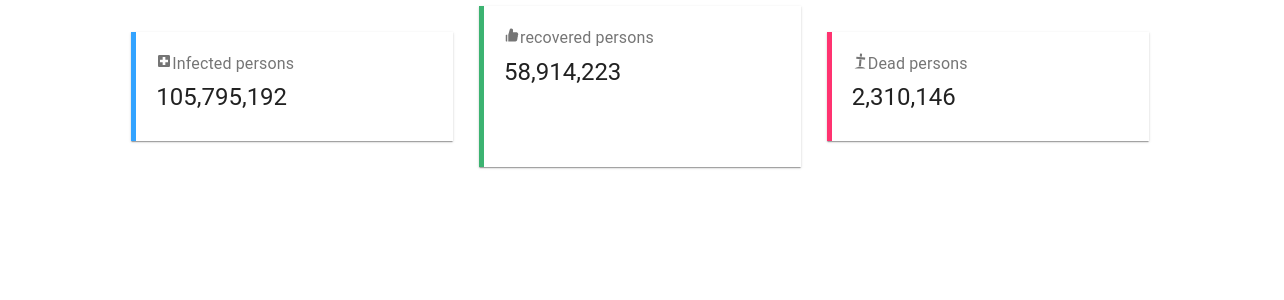
Repository: ShunsukeTanizaki/covid_dashboard
Page: /
The author's editor kept a copy of each file at every save. The page is drawn from the files as they stood at one save, then again after the next save.
The browser window is 1280 px wide. The page is 1284 px wide, so the pictures cover 1284 px, including what lies to the right of the window. The pictures show the whole page.
The project was rebuilt for these pictures with package versions that can differ from the ones it lists, and the page was loaded fresh each time. Also part of the build but not shown: src/App.css.

Above is the page before, as saved 2021-02-07 19:56:10.

### src/App.tsx
import React from 'react';
import logo from './logo.svg';
import { Counter } from './features/counter/Counter';
import './App.css';
import Cards from './features/covid/Cards/Cards';

function App() {
    return (
        <div className="App">
            <header className="App-header">
            <Cards />
            </header>
        </div>
    );
}

export default App;

### src/app/store.ts
import { configureStore, ThunkAction, Action } from '@reduxjs/toolkit';
import counterReducer from '../features/counter/counterSlice';
import covidReducer from '../features/covid/covidSlice';

export const store = configureStore({
  reducer: {
    counter: counterReducer,
    covid: covidReducer,
  },
});

export type RootState = ReturnType<typeof store.getState>;
export type AppThunk<ReturnType = void> = ThunkAction<
  ReturnType,
  RootState,
  unknown,
  Action<string>
>;

### src/features/covid/Cards/Cards.tsx
import React from 'react';
import styles from './Cards.module.css';
import CountUp from 'react-countup';
import { Card, CardContent, Typography, Grid } from "@material-ui/core";

import { GiHastyGrave } from "react-icons/gi";
import { MdLocalHospital } from "react-icons/md";
import { AiFillLike } from "react-icons/ai";

import { useSelector } from 'react-redux';
import { selectData } from '../covidSlice';

const Cards: React.FC = () => {
    const data = useSelector(selectData)
    return (
        <div className={styles.container}>
            <Grid container spacing={1} justify="center">
                <Grid item xs={12} md={3} component={Card} className={styles.infected}>
                    <CardContent>
                        <Typography color="textSecondary" gutterBottom>
                            <MdLocalHospital />
                            Infected persons
                        </Typography>
                        <Typography variant="h5">
                            <CountUp
                                start={0}
                                end={data.confirmed.value}
                                duration={1.5}
                                separator=","
                            />
                        </Typography>
                    </CardContent>
                </Grid>
                <Grid item xs={12} md={3} component={Card} className={styles.recovered}>
                    <CardContent>
                        <Typography color="textSecondary" gutterBottom>
                            <AiFillLike />
                            recovered persons
                        </Typography>
                        <Typography variant="h5">
                            <CountUp
                                start={0}
                                end={data.recovered.value}
                                duration={1.5}
                                separator=","
                            />
                        </Typography>
                    </CardContent>
                </Grid>
                <Grid item xs={12} md={3} component={Card} className={styles.deaths}>
                    <CardContent>
                        <Typography color="textSecondary" gutterBottom>
                            <GiHastyGrave />
                            Dead persons
                        </Typography>
                        <Typography variant="h5">
                            <CountUp
                                start={0}
                                end={data.deaths.value}
                                duration={1.5}
                                separator=","
                            />
                        </Typography>
                    </CardContent>
                </Grid>
            </Grid>
        </div>
    );
}

export default Cards;

### src/features/covid/covidSlice.ts
import { createSlice, createAsyncThunk, bindActionCreators } from "@reduxjs/toolkit";
import axios from 'axios';

import { RootState } from '../../app/store';
import dataJson from './data.json';
import dataJsonDaily  from './dataDaily.json';

const apiUrl = "https://covid19.mathdro.id/api"

type APIDATA = typeof dataJson;
type APIDATADAILY = typeof dataJsonDaily;

type covidState = {
    data: APIDATA;
    country: string;
    dailyData: APIDATADAILY;
}
const initialState: covidState = {
    data: {
        "confirmed": {
            "value": 105795192,
            "detail": "https://covid19.mathdro.id/api/confirmed"
        },
        "recovered": {
            "value": 58914223,
            "detail": "https://covid19.mathdro.id/api/recovered"
        },
        "deaths": {
            "value": 2310146,
            "detail": "https://covid19.mathdro.id/api/deaths"
        },
        "dailySummary": "https://covid19.mathdro.id/api/daily",
        "dailyTimeSeries": {
            "pattern": "https://covid19.mathdro.id/api/daily/[dateString]",
            "example": "https://covid19.mathdro.id/api/daily/2-14-2020"
        },
        "image": "https://covid19.mathdro.id/api/og",
        "source": "https://github.com/mathdroid/covid19",
        "countries": "https://covid19.mathdro.id/api/countries",
        "countryDetail": {
            "pattern": "https://covid19.mathdro.id/api/countries/[country]",
            "example": "https://covid19.mathdro.id/api/countries/USA"
        },
        "lastUpdate": "2021-02-07T08:22:44.000Z"
    },
    country: "country",
    dailyData:[
        {
        "totalConfirmed": 557,
        "mainlandChina": 548,
        "otherLocations": 9,
        "deltaConfirmed": 0,
        "totalRecovered": 0,
        "confirmed": {
        "total": 557,
        "china": 548,
        "outsideChina": 9
        },
        "deltaConfirmedDetail": {
        "total": 0,
        "china": 0,
        "outsideChina": 0
        },
        "deaths": {
        "total": 17,
        "china": 17,
        "outsideChina": 0
        },
        "recovered": {
        "total": 0,
        "china": 0,
        "outsideChina": 0
        },
        "active": 0,
        "deltaRecovered": 0,
        "incidentRate": 0.4510818002025252,
        "peopleTested": 0,
        "reportDate": "2020-01-22"
        }
    ]
}

export const fetchAsyncGet = createAsyncThunk("covid/get", async () => {
    const { data } = await axios.get<APIDATA>(apiUrl)
    return data
})

export const fetchAsyncGetDaily = createAsyncThunk("covid/getDaily", async () => {
    const { data } = await axios.get<APIDATADAILY>(`${apiUrl}/daily`)
    return data
})

export const fetchAsyncGetCountry = createAsyncThunk("covid/getCountry",
    async (country: string) => {
    let dynamicUrl = apiUrl
    if (country) {
        dynamicUrl = `${apiUrl}/countries/${country}`
    }
    const { data } = await axios.get<APIDATA>(dynamicUrl)
    return {data: data, country: country}
})



const covidSlice = createSlice({
    name: "covid",
    initialState: initialState,
    reducers: {},
    extraReducers: (builder) => {
        builder.addCase(fetchAsyncGet.fulfilled, ( state, action ) => {
            return {
                ...state,
                data: action.payload,
            }
        })
        builder.addCase(fetchAsyncGetDaily.fulfilled, (state, action) => {
            return {
                ...state,
                dailyData: action.payload,
            }
        })
        builder.addCase(fetchAsyncGetCountry.fulfilled, (state, action) => {
            return {
                ...state,
                data: action.payload.data,
                country: action.payload.country,
            }
        })
    }
})

export const selectData = (store: RootState) => store.covid.data;
export const selectDailyData = (store: RootState) => store.covid.dailyData;
export const selectCountry = (store: RootState) => store.covid.country;

export default covidSlice.reducer

### src/features/covid/Cards/Cards.module.css
.container {
    display: flex;
    flex-direction: column;
    align-items: center;
    margin-top: 10px;
}

.infected {
    border-left: 5px solid #33a3ff;
    border-radius: 0% !important;
    margin: 2% 2% !important;
}

.recovered {
    border-left: 5px solid #3cb371;
    border-radius: 0% !important;
    max-width: 2% 2% !important;
}

.deaths {
    border-left: 5px solid #ff3370;
    border-radius: 0% !important;
    margin: 2% 2% !important;
}

Loaded but not shown: public/index.html (common file); src/index.tsx (common file); src/index.css (common file); src/serviceWorker.ts (common file); src/features/counter/counterSlice.ts (common file)

After the next save:
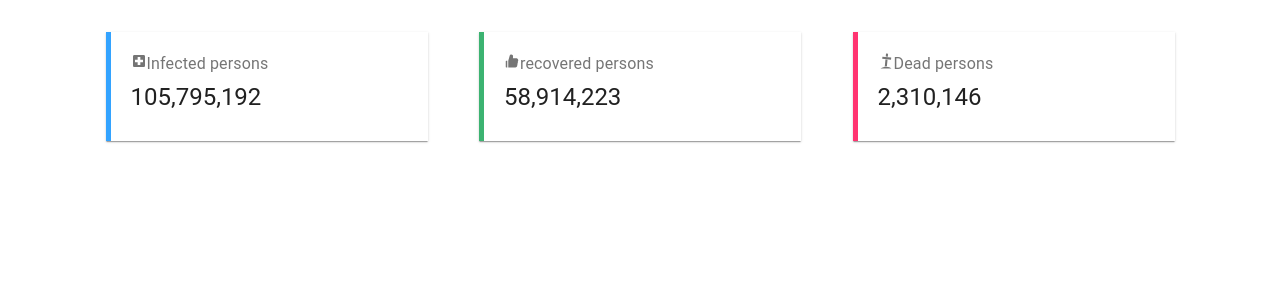
Saved 54 s later.
--- a/src/features/covid/Cards/Cards.module.css
+++ b/src/features/covid/Cards/Cards.module.css
@@ -14,7 +14,7 @@
 .recovered {
     border-left: 5px solid #3cb371;
     border-radius: 0% !important;
-    max-width: 2% 2% !important;
+    margin: 2% 2% !important;
 }
 
 .deaths {
